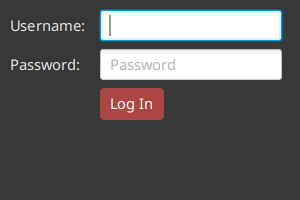
Repository: joegaBonito/JavaFX--JAVA-
Program's window: java 25,26,27 CSS/src/Main.java
The author's editor kept a copy of each file at every save. The program's window is drawn from the files as they stood at one save, then again after the next save.
It runs on Java 21 on a 1366 x 768 screen with JavaFX 11; the title bar is not drawn.

Above is the program's window before, as saved 2016-02-14 01:20:33.

After the next save:
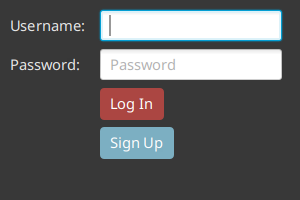
Saved 118 s later.
--- a/25,26,27 CSS/src/Main.java
+++ b/25,26,27 CSS/src/Main.java
@@ -48,6 +48,11 @@
 		Button loginButton = new Button("Log In");
 		GridPane.setConstraints(loginButton, 1, 2);
 
+		//Sign up
+		Button signUpButton = new Button("Sign Up");
+		signUpButton.getStyleClass().add("button-blue");
+		GridPane.setConstraints(signUpButton,1,3);
+
 		/*
 		loginButton.setOnAction(e -> {
 			setUserAgentStylesheet(STYLESHEET_CASPIAN);
@@ -55,7 +60,7 @@
 		*/
 
 		//Add everything to grid
-		layout.getChildren().addAll(nameLabel, nameInput, passLabel, passInput, loginButton);
+		layout.getChildren().addAll(nameLabel, nameInput, passLabel, passInput, loginButton, signUpButton);
 
 		Scene scene = new Scene(layout, 300, 200);
 		scene.getStylesheets().add("Viper.css");
